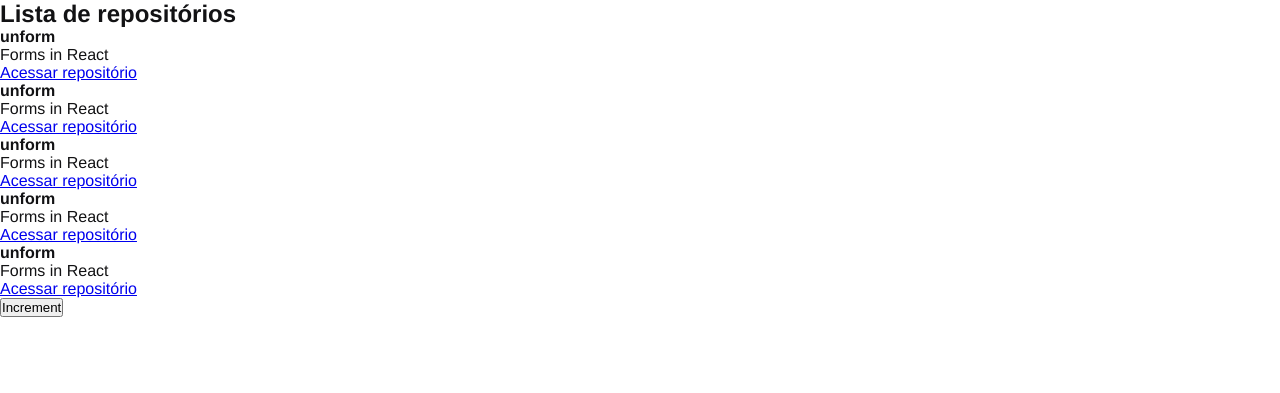
Repository: soualexandre/github-explore
Page: /
These files come from the project's save history. The page is drawn as it stood at one moment and after the next save; the edit follows.
The browser window is 1280 px wide. The pictures show the whole page.
The project was rebuilt for these pictures with package versions that can differ from the ones it lists, and the page was loaded fresh each time. Also part of the build but not shown: webpack.config.js.

Above is the page before, as saved 2021-07-09 16:10:23.

After the next save:
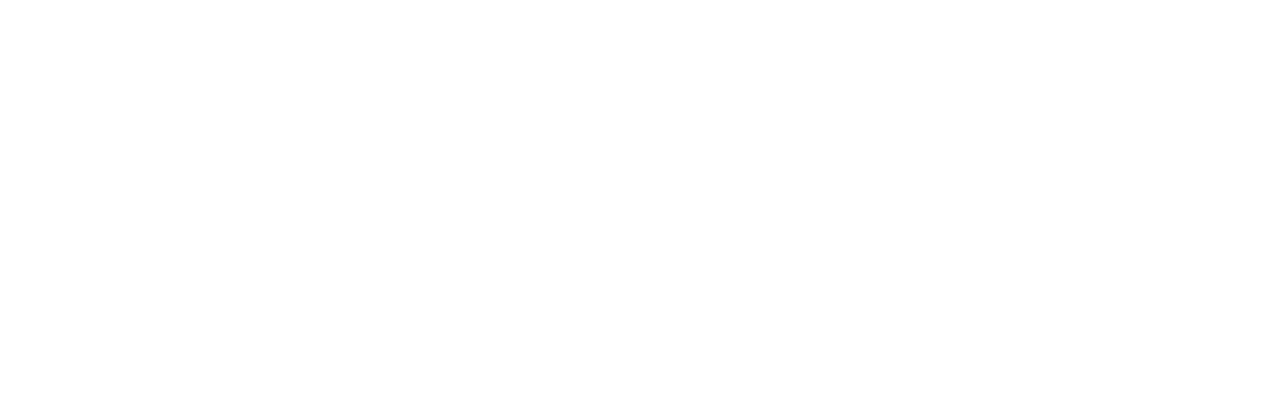
Console error (its wording comes from the project's code and is left out).
Saved 16 s later.
--- a/src/components/conter.jsx
+++ b/src/components/conter.jsx
@@ -1,7 +1,9 @@
 import React, { useState } from "react"
 
 export function Counter() {
-    const [counter, setCounter] = useState();
+    const [counter, setCounter] = useState({
+        counter: 0
+    });
     function handleCounter() {
         setCounter(counter+1);
     }

After the save that followed:
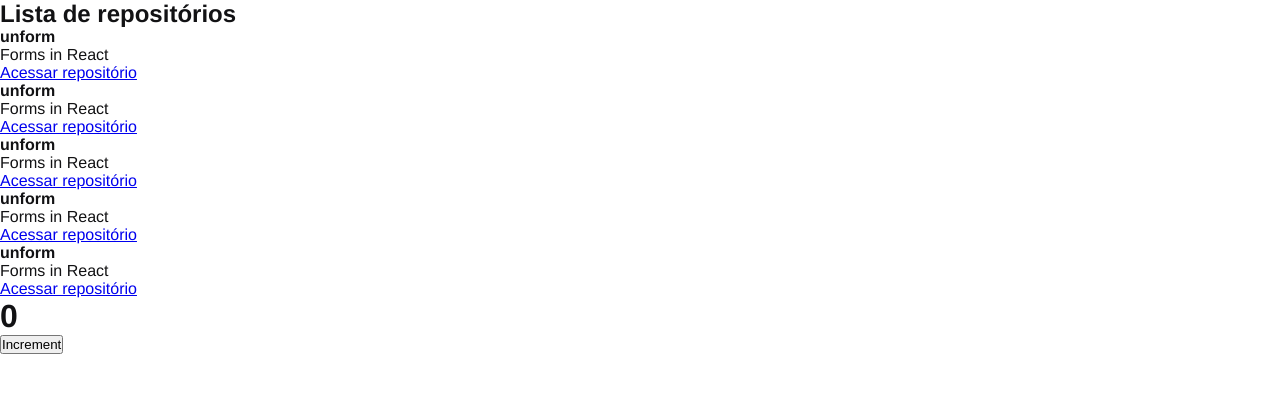
The error is gone.
Saved 13 s later.
--- a/src/components/conter.jsx
+++ b/src/components/conter.jsx
@@ -1,9 +1,7 @@
 import React, { useState } from "react"
 
 export function Counter() {
-    const [counter, setCounter] = useState({
-        counter: 0
-    });
+    const [counter, setCounter] = useState(0);
     function handleCounter() {
         setCounter(counter+1);
     }
